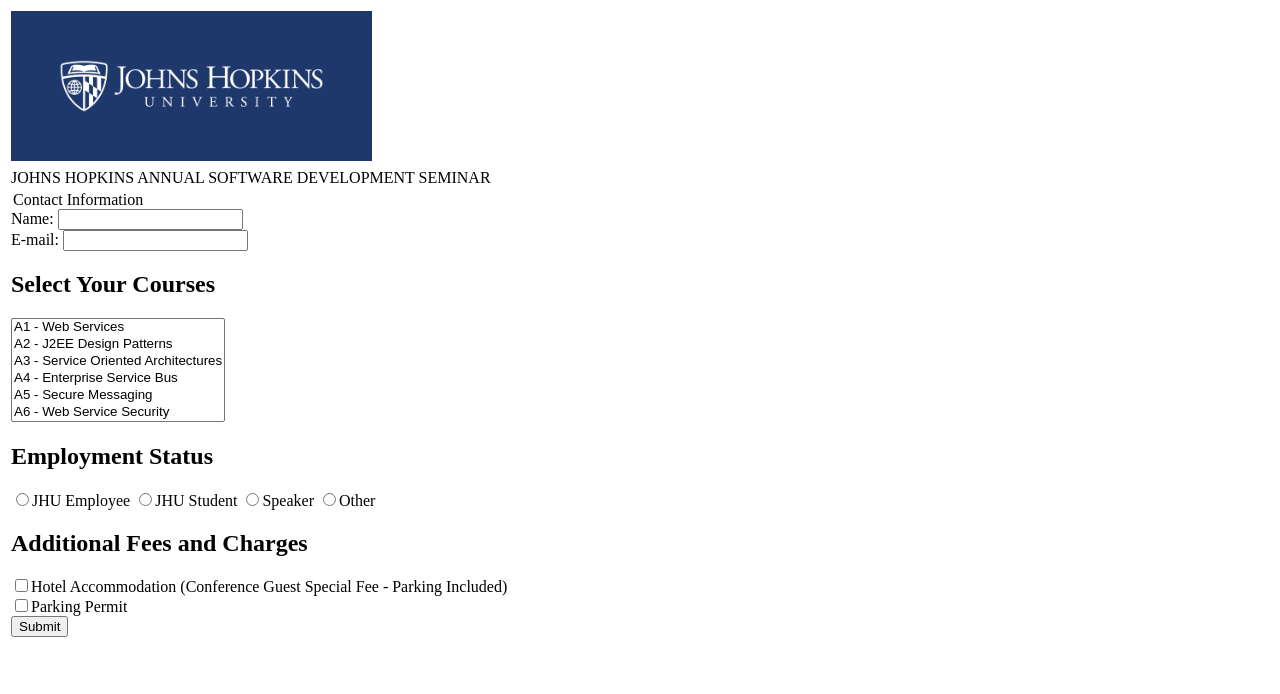
Repository: justinjwk/eclipse-workspace
Page: Homework2/WebContent/index.html
An editor plug-in stored every save of this project. The page is shown before and after the next save, followed by the edit.
The browser window is 1280 px wide. The pictures show the whole page.

Above is the page before, as saved 2019-06-12 02:43:01.

### Homework2/WebContent/index.html
<!DOCTYPE html>
<html>
<head>
<meta charset="UTF-8">
<title>JHU Annual Software Development Seminar</title>
</head>
<body>

	<table>
		<tr>
			<td><img src="jhu_logo.png" height=150></td>
		</tr>
		<tr>
			<td>JOHNS HOPKINS ANNUAL SOFTWARE DEVELOPMENT SEMINAR</td>
		</tr>
		<tr>
			<td>
				<form>
					<section>
						<legend>Contact Information</legend>
						Name: <input type="name" name="name" required><br>
						E-mail: <input type="email" name="email" required><br>
					</section>

					<section>
						<h1>Select Your Courses</h1>
						<select name="course" size="6" multiple required>
							<option value="A1">A1 - Web Services</option>
							<option value="A2">A2 - J2EE Design Patterns</option>
							<option value="A3">A3 - Service Oriented Architectures</option>
							<option value="A4">A4 - Enterprise Service Bus</option>
							<option value="A5">A5 - Secure Messaging</option>
							<option value="A6">A6 - Web Service Security</option>
						</select>
					</section>

					<section>
						<h1>Employment Status</h1>
						<input type="radio" name="employmentstatus" value="employee"
							required>JHU Employee <input type="radio"
							name="employmentstatus" value="student">JHU Student <input
							type="radio" name="employmentstatus" value="speaker">Speaker
						<input type="radio" name="employmentstatus" value="ohter">Other
					</section>

					<section>
						<h1>Additional Fees and Charges</h1>
						<input type="checkbox" name="hotel">Hotel Accommodation
						(Conference Guest Special Fee - Parking Included)<br> <input
							type="checkbox" name="parking">Parking Permit
					</section>

					<input type="submit" value="Submit"> <input type="hidden"
						name="action" value="register">
				</form>
</body>
</td>
</tr>

</table>

</html>

After the next save:
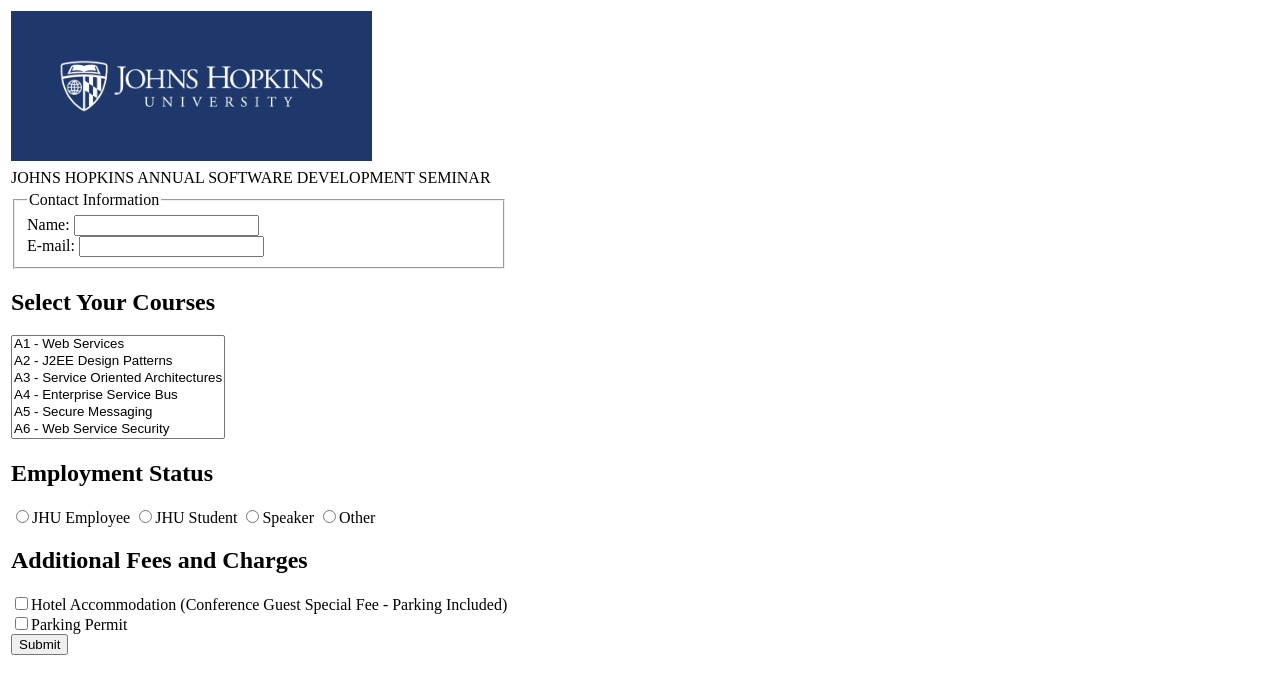
Saved 22 s later.
--- a/Homework2/WebContent/index.html
+++ b/Homework2/WebContent/index.html
@@ -16,11 +16,11 @@
 		<tr>
 			<td>
 				<form>
-					<section>
+					<fieldset>
 						<legend>Contact Information</legend>
 						Name: <input type="name" name="name" required><br>
 						E-mail: <input type="email" name="email" required><br>
-					</section>
+					</fieldset>
 
 					<section>
 						<h1>Select Your Courses</h1>
